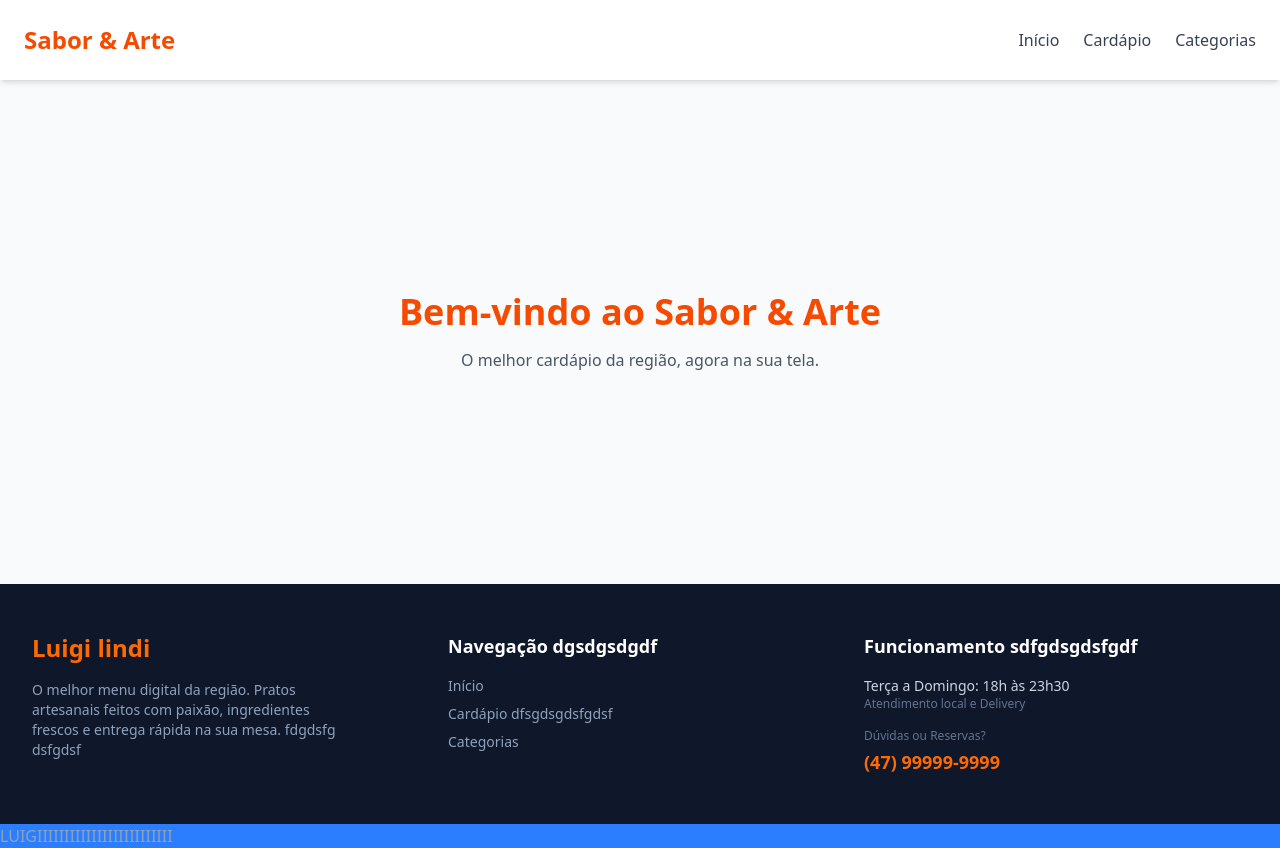
Repository: LuigiBLombardo/Next---Atividade
Page: / (app in sistema-cardapio/)
These files come from the project's save history. The page is drawn as it stood at one moment and after a run of saves; the edit follows.
The browser window is 1280 px wide. The pictures show the whole page.
The project was rebuilt for these pictures with package versions that can differ from the ones it lists, and the page was loaded fresh each time. The framework's server and built-in components were replaced by stand-ins that run in the browser. Also part of the build but not shown: sistema-cardapio/next.config.mjs.

Above is the page before, as saved 2026-09-04 20:45:18.

After the next 7 saves:
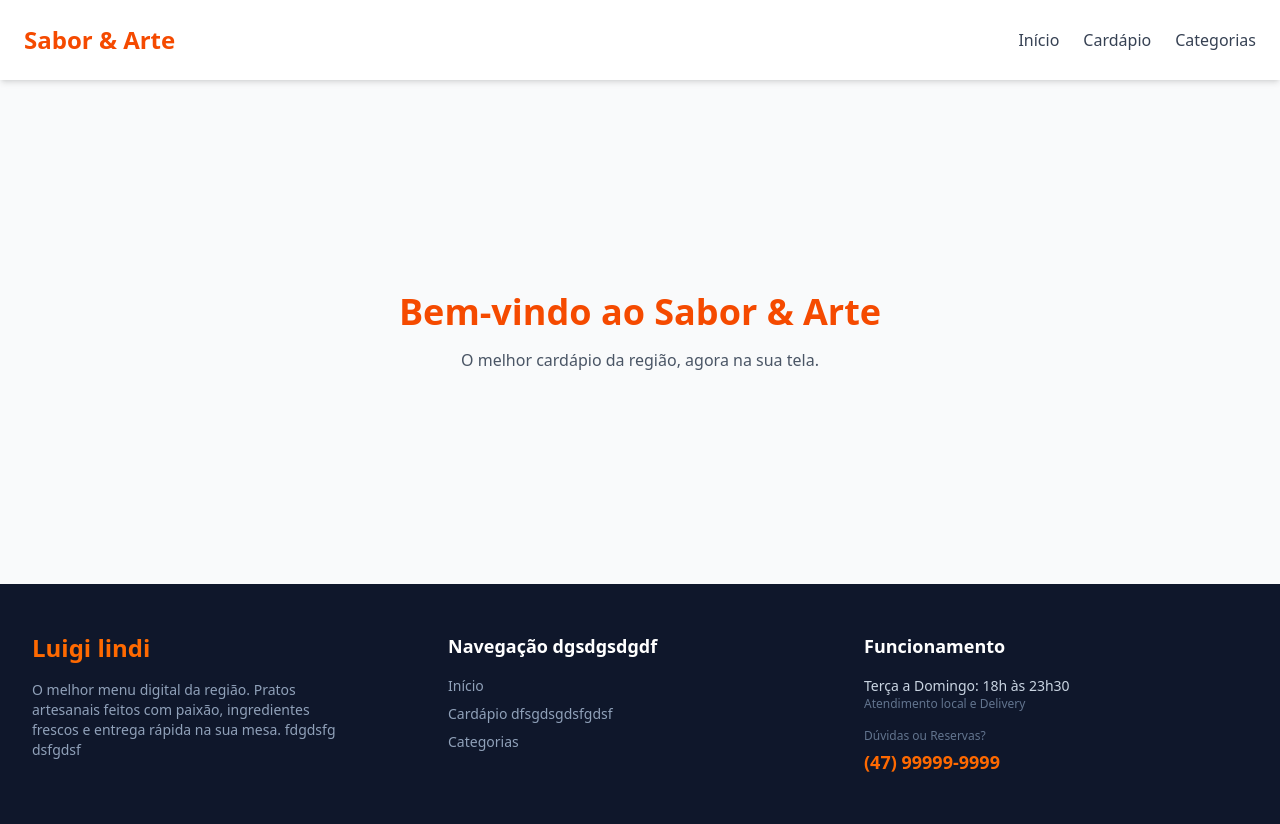
The 7 saves are shown as one change because they came seconds apart.
The last was saved 41 s later.
--- a/sistema-cardapio/src/components/Footer.js
+++ b/sistema-cardapio/src/components/Footer.js
@@ -31,7 +31,7 @@ export default function Footer(){
 
                     <div>
                         <h3 className="text-lg font-bold text-white mb-4">
-                            Funcionamento sdfgdsgdsfgdf
+                            Funcionamento
                         </h3>
                         <p className="text-sm text-slate-300">
                             Terça a Domingo: 18h às 23h30
@@ -50,7 +50,9 @@ export default function Footer(){
                 </div>
 
                 <div className="bg-blue-500">
-                    LUIGIIIIIIIIIIIIIIIIIIIIIIIII
+                    <p>
+
+                    </p>
                 </div>
 
             </footer>
